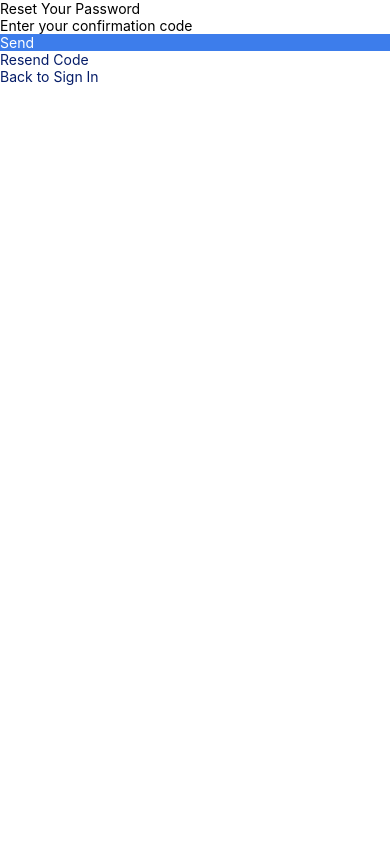
Repository: cynthiamoraa/HireMate
Screen: /
These files come from the project's save history. The screen is drawn as it stood at one moment and after a run of saves; the edit follows.
The app was drawn by React Native's web renderer in a window 390 px wide. The project was rebuilt for these pictures with package versions that can differ from the ones it lists, and the page was loaded fresh each time.

Above is the screen before, as saved 2023-07-12 23:55:39.

### App.js
/**
 * Sample React Native App
 * https://github.com/facebook/react-native
 *
 * @format
 */

import React from 'react';

import {SafeAreaView} from 'react-native';
// import SigninScreen from './src/screens/SigninScreen';
// import SignUpScreen from './src/screens/SignUpScreen';
// import ConfirmEmailScreen from './src/screens/ConfirmEmailScreen';
import ForgotPasswordScreen from './src/screens/ForgotPasswordScreen';

function App() {
  return (
    <SafeAreaView>
      <ForgotPasswordScreen />
    </SafeAreaView>
  );
}

export default App;

### src/screens/ForgotPasswordScreen/ForgotPasswordScreen.js
import React,{useState} from 'react';

import {View,  ScrollView, Text} from 'react-native';
import CustomInput from '../../components/CustomInput/CustomInput';
import CustomButton from '../../components/CustomButton/CustomButton';


const ForgotPasswordScreen = () => {
  const [username, setUsername] = useState('');


  const onConfirmPressed = () => {
    console.log('Confirm button pressed');
  };
  const onResendPressed = () => {
      console.log('Confirm button pressed');
  };

  const onSignInPressed = ()=>{
    console.log('Sign up button pressed');
  };

  return (
    <ScrollView showsVerticalScrollIndicator={false}>
      <View className="bg-white h-screen">
        <View className="items-center  ">
          <Text className="font-bold text-[#051c68] mt-10 mb-3 text-2xl">
           Reset Your Password
          </Text>
        </View>

        <CustomInput
          placeholder="Enter your confirmation code"
          value={username}
          setValue={setUsername}
        />

        <CustomButton
          text="Send"
          onPress={onConfirmPressed}
          bgColor="#3D7DEB"
          textColor={'#fff'}
        />
        <CustomButton
          text="Resend Code"
          onPress={onResendPressed}
          bgColor=""
          textColor={'#051c68'}
        />

        <CustomButton
          text="Back to Sign In"
          onPress={onSignInPressed}
          bgColor="#fff"
          textColor={'#051c68'}
        />
      </View>
    </ScrollView>
  );
};

export default ForgotPasswordScreen;

### src/components/CustomInput/CustomInput.js
import { View, TextInput } from 'react-native';
import React from 'react';

const CustomInput = ({value,setValue,placeholder,secureTextEntry}) => {
  return (
    <View className="px-10">
      <TextInput
        value={value}
        onChangeText={setValue}
        placeholder={placeholder}
        className="w-full bg-[#F9FBFC] border-[#e8e8e8] border-1 rounded-md px-10 mx-0 my-5"
        secureTextEntry={secureTextEntry}
      />
    </View>
  );
};


export default CustomInput;

### src/components/CustomButton/CustomButton.js
import { Text , Pressable} from 'react-native';
import React from 'react';

const CustomButton = ({onPress, text, bgColor, textColor}) => {
  return (
    <Pressable onPress={onPress} className=" px-10 ">
      <Text
        style={{backgroundColor: bgColor, color: textColor}}
        className=" w-full p-3 my-3 rounded-lg text-center  font-bold">
        {text}
      </Text>
    </Pressable>
  );
};

export default CustomButton;

Loaded but not shown: src/screens/ForgotPasswordScreen/index.js (common file)

After the next 5 saves:
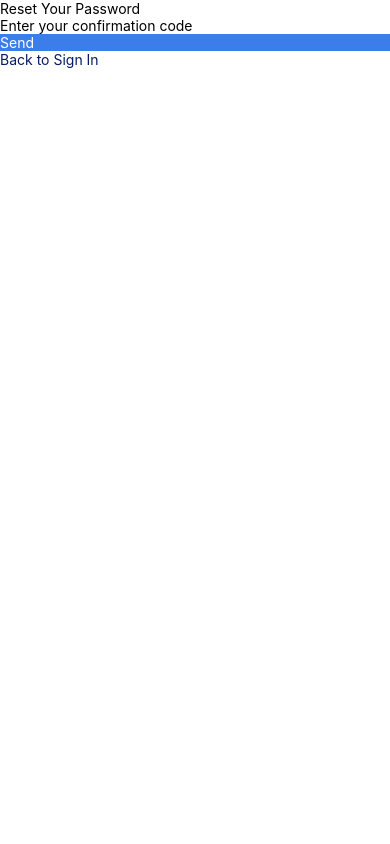
The 5 saves are shown as one change because 2 did not build or start and some came seconds apart.
The last was saved 65 s later.
--- a/src/screens/ForgotPasswordScreen/ForgotPasswordScreen.js
+++ b/src/screens/ForgotPasswordScreen/ForgotPasswordScreen.js
@@ -9,7 +9,7 @@ const ForgotPasswordScreen = () => {
   const [username, setUsername] = useState('');
 
 
-  const onConfirmPressed = () => {
+  const onSendPressed = () => {
     console.log('Confirm button pressed');
   };
   const onResendPressed = () => {
@@ -37,16 +37,11 @@ const ForgotPasswordScreen = () => {
 
         <CustomButton
           text="Send"
-          onPress={onConfirmPressed}
+          onPress={onSendPressed}
           bgColor="#3D7DEB"
           textColor={'#fff'}
         />
-        <CustomButton
-          text="Resend Code"
-          onPress={onResendPressed}
-          bgColor=""
-          textColor={'#051c68'}
-        />
+
 
         <CustomButton
           text="Back to Sign In"
